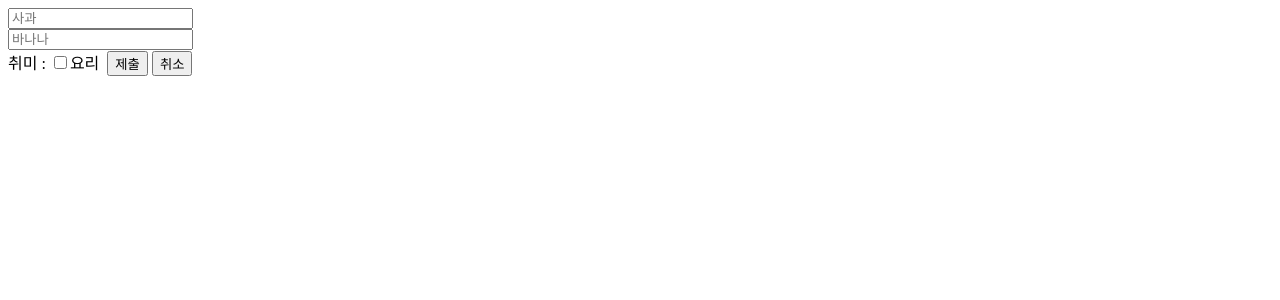
Repository: JongMin22/jsp.practice
Page: http://localhost/JSPBasic/JspObject/1.requests/req_param_sand.jsp
An editor plug-in stored every save of this project. The page is shown before and after the next save, followed by the edit.
The browser window is 1280 px wide. The pictures show the whole page.
The page is served by Tomcat 9.

Above is the page before, as saved 2022-02-03 06:07:41.

### JSPBasic/src/main/webapp/JspObject/1.requests/req_param_sand.jsp
<%@ page language="java" contentType="text/html; charset=UTF-8"
    pageEncoding="UTF-8"%>
<!DOCTYPE html>
<html>
<head>
<meta charset="UTF-8">
<title>Insert title here</title>
</head>
<body>
<%-- 아래에 form을 만들고 내부에 input 4개를 만들어주세요.
input 태그의 속성은 하나는 text 하나는 password
name속성은 하나는 apple 하나는 banana로 해주세요
reset 버튼과 submuit 버튼도 하나씩 만들어주세요

form의 action이 바로 목적지를 적는 부분
웹개발에서는 받을 페이지 화면의 주소를 적어줍니다. --%>

<form action="req_param_getpost.jsp" method="get">
<input type=text name="apple" placeholder="사과"/><br/>
<input type=password name="banana" placeholder="바나나"/><br/>

취미 :
<input type="checkbox" name="hobby">요리&nbsp;
<input type=submit value="제출"/>
<input type=reset value="취소"/>

</form>

</body>
</html>

After the next save:
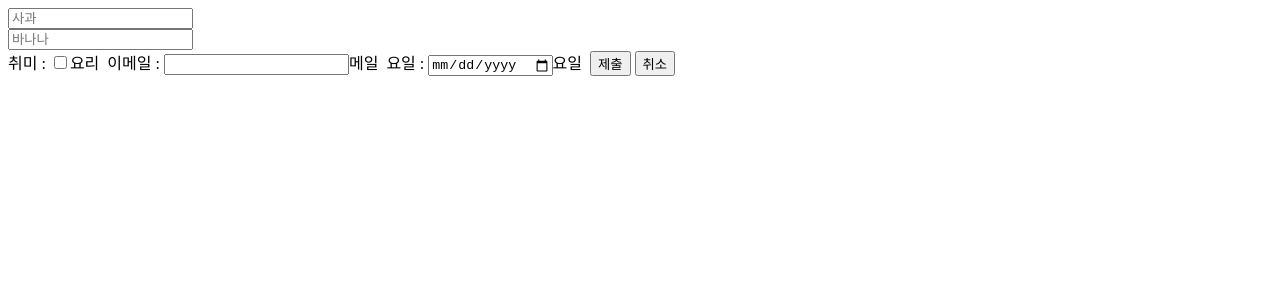
Saved 2 min 1 s later.
--- a/JSPBasic/src/main/webapp/JspObject/1.requests/req_param_sand.jsp
+++ b/JSPBasic/src/main/webapp/JspObject/1.requests/req_param_sand.jsp
@@ -21,6 +21,10 @@
 
 취미 :
 <input type="checkbox" name="hobby">요리&nbsp;
+이메일 :
+<input type="email" name="email">메일&nbsp;
+요일 :
+<input type="date" name="date">요일&nbsp;
 <input type=submit value="제출"/>
 <input type=reset value="취소"/>
 
